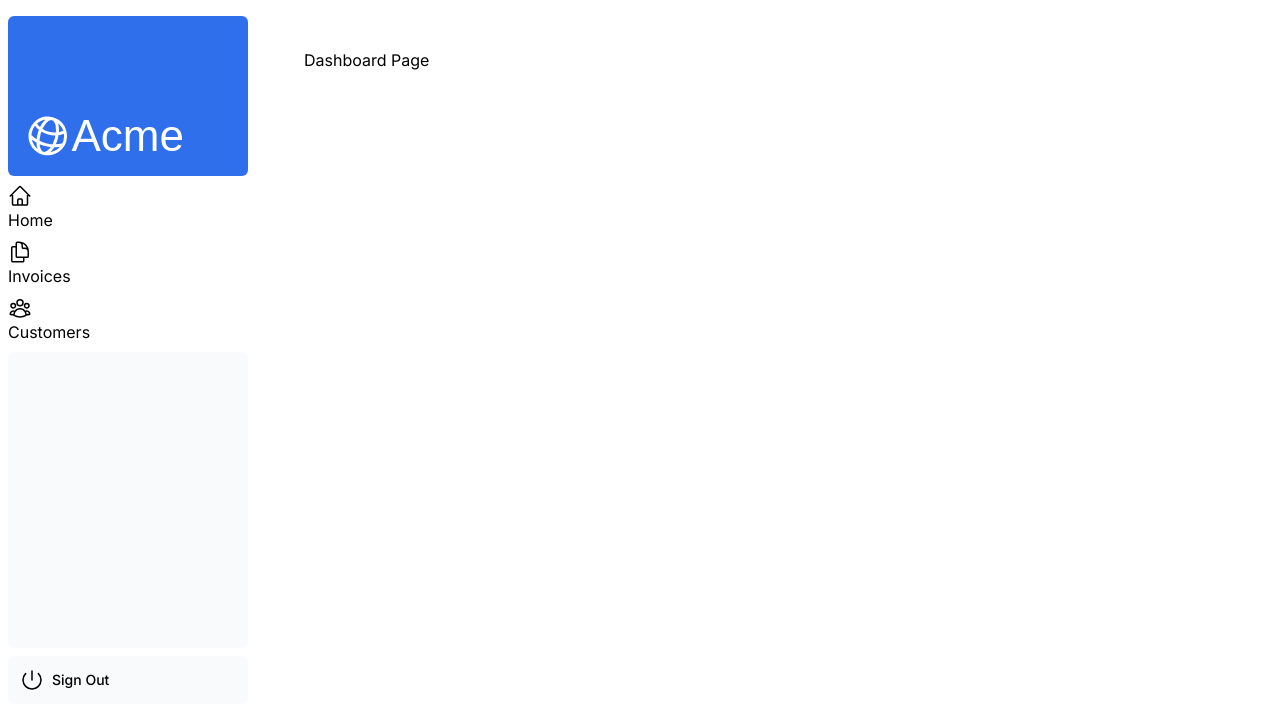
Repository: nooruddine/nfa-app
Page: /dashboard
These files come from the project's save history. The page is drawn as it stood at one moment and after a run of saves; the edit follows.
The browser window is 1280 px wide. The pictures show the whole page.
Some web fonts or font styles are not loaded; a fallback is used. The project was rebuilt for these pictures with package versions that can differ from the ones it lists, and the page was loaded fresh each time. The framework's server and built-in components were replaced by stand-ins that run in the browser. Also part of the build but not shown: next.config.mjs.

Above is the page before, as saved 2024-08-23 19:21:26.

### app/layout.tsx

import '@/app/ui/global.css';
import { inter } from '@/app/ui/fonts';

export default function RootLayout({
  children,
}: {
  children: React.ReactNode;
}) {
  return (
    <html lang="en">
      <body className={`${inter.className} antialiased`}>{children}</body>
    </html>
  );
}

### app/dashboard/page.tsx
import React from 'react'

const Page = () => {
  return (
    <div>Dashboard Page</div>
  )
}

export default Page

### app/ui/fonts.ts
import {Inter , Lusitana} from 'next/font/google';


export const inter = Inter({subsets: ['latin']});
export const lusitana = Lusitana({
    weight: ['400', '700'],
    subsets: ['latin'],
  });

### app/ui/dashboard/sidenav.tsx
import Link from 'next/link';
import NavLinks from '@/app/ui/dashboard/nav-links';
import AcmeLogo from '@/app/ui/acme-logo';
import { PowerIcon } from '@heroicons/react/24/outline';

export default function SideNav() {
  return (
    <div className="flex h-full flex-col px-3 py-4 md:px-2">
      <Link
        className="mb-2 flex h-20 items-end justify-start rounded-md bg-blue-600 p-4 md:h-40"
        href="/"
      >
        <div className="w-32 text-white md:w-40">
          <AcmeLogo />
        </div>
      </Link>
      <div className="flex grow flex-row justify-between space-x-2 md:flex-col md:space-x-0 md:space-y-2">
        <NavLinks />
        <div className="hidden h-auto w-full grow rounded-md bg-gray-50 md:block"></div>
        <form>
          <button className="flex h-[48px] w-full grow items-center justify-center gap-2 rounded-md bg-gray-50 p-3 text-sm font-medium hover:bg-sky-100 hover:text-blue-600 md:flex-none md:justify-start md:p-2 md:px-3">
            <PowerIcon className="w-6" />
            <div className="hidden md:block">Sign Out</div>
          </button>
        </form>
      </div>
    </div>
  );
}

### app/ui/dashboard/nav-links.tsx
'user client';

import {
  UserGroupIcon,
  HomeIcon,
  DocumentDuplicateIcon,
} from '@heroicons/react/24/outline';

import Link from 'next/link';
import {usePathname} from 'next/navigation';
import clsx from 'clsx';

// Map of links to display in the side navigation.
// Depending on the size of the application, this would be stored in a database.
const links = [
  { name: 'Home', href: '/dashboard', icon: HomeIcon },
  {
    name: 'Invoices',
    href: '/dashboard/invoices',
    icon: DocumentDuplicateIcon,
  },
  { name: 'Customers', href: '/dashboard/customers', icon: UserGroupIcon },
];

export default function NavLinks() {
  return (
    <>
      {links.map((link) => {
        const LinkIcon = link.icon;
        const pathname = usePathname();
        return (
          <Link
            key={link.name}
            href={link.href}
            className={clsx()}
          >
            <LinkIcon className="w-6" />
            <p className="hidden md:block">{link.name}</p>
          </Link>
        );
      })}
    </>
  );
}

Loaded but not shown: app/dashboard/layout.tsx (common file); app/ui/global.css (common file); app/ui/acme-logo.tsx (common file); tailwind.config.ts (common file)

After the next 3 saves:
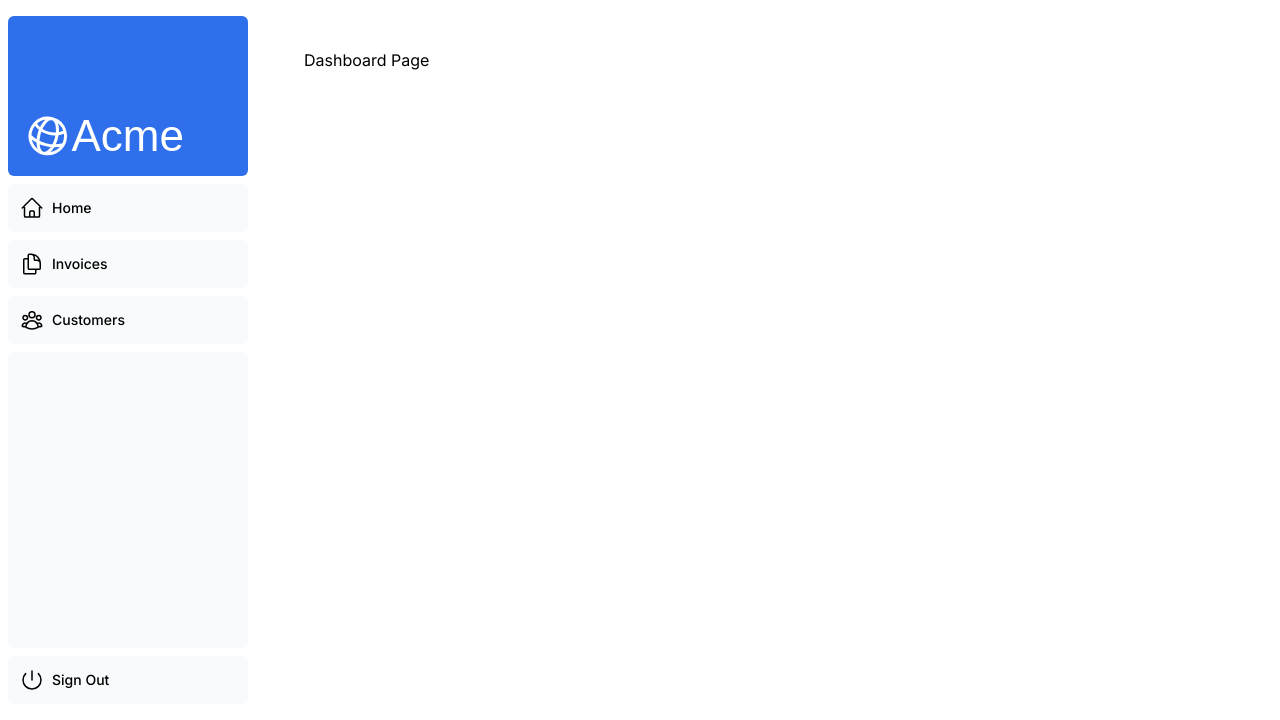
The 3 saves are shown as one change because they came seconds apart.
The last was saved 31 s later.
--- a/app/ui/dashboard/nav-links.tsx
+++ b/app/ui/dashboard/nav-links.tsx
@@ -32,7 +32,10 @@ export default function NavLinks() {
           <Link
             key={link.name}
             href={link.href}
-            className={clsx()}
+            className={clsx(
+              "flex h-[48px] grow items-center justify-center gap-2 rounded-md bg-gray-50 p-3 text-sm font-medium hover:bg-sky-100 hover:text-blue-600 md:flex-none md:justify-start md:p-2 md:px-3"
+
+            )}
           >
             <LinkIcon className="w-6" />
             <p className="hidden md:block">{link.name}</p>
